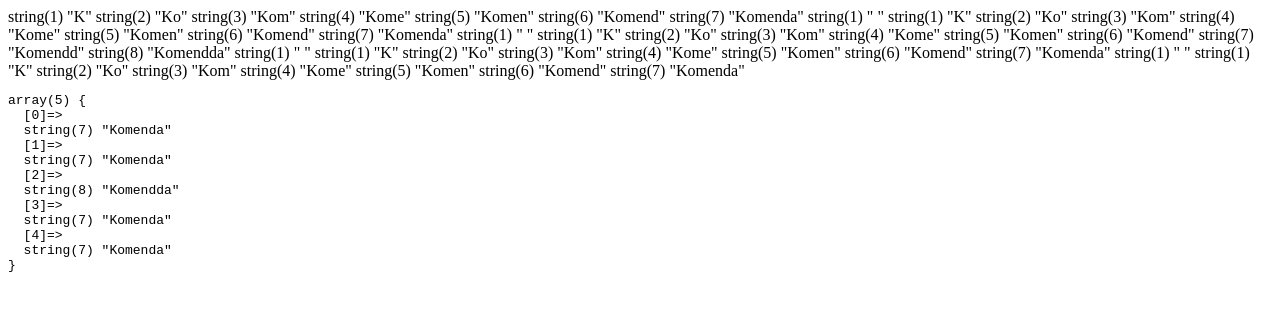
Repository: mahoone/revising_php
Page: http://localhost/Config.php
An editor plug-in stored every save of this project. The page is shown before and after the next save, followed by the edit.
The browser window is 1280 px wide. The pictures show the whole page.
The page is run by PHP 8.4 with error messages shown; the project is at /var/www/html/.

Above is the page before, as saved 2020-06-01 22:05:27.

### Config.php
<?php

$tekst = 'Komenda; Komenda; Komendda; Komenda; Komenda. To juz pomojamy.';
$tablica = array(0 => '');
$t = 0;

for($i = 0; $i < strlen($tekst); $i++)
{
   switch($tekst[$i])
   {
        case ' ':
            var_dump($tekst[$i]);
            continue 2;
        case '.':
            break 2;
        case ';':
            $t++;
            $tablica[$t] = '';
            break;
        default:
            $tablica[$t] = $tablica[$t].$tekst[$i];
            var_dump ($tablica[$t]);
   }
}

echo '<pre>';
var_dump($tablica);
echo '</pre>';

After the next save:
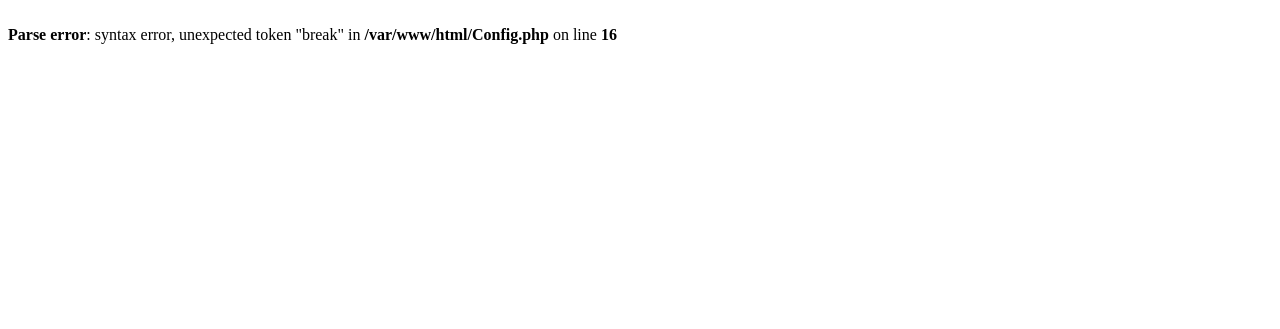
Saved 35 s later.
--- a/Config.php
+++ b/Config.php
@@ -12,10 +12,13 @@
             var_dump($tekst[$i]);
             continue 2;
         case '.':
+            var_dump($tekst[$i])
             break 2;
         case ';':
             $t++;
             $tablica[$t] = '';
+            var_dump($tekst[$i]);
+            var_dump($tablica[$t]);
             break;
         default:
             $tablica[$t] = $tablica[$t].$tekst[$i];

After the save that followed:
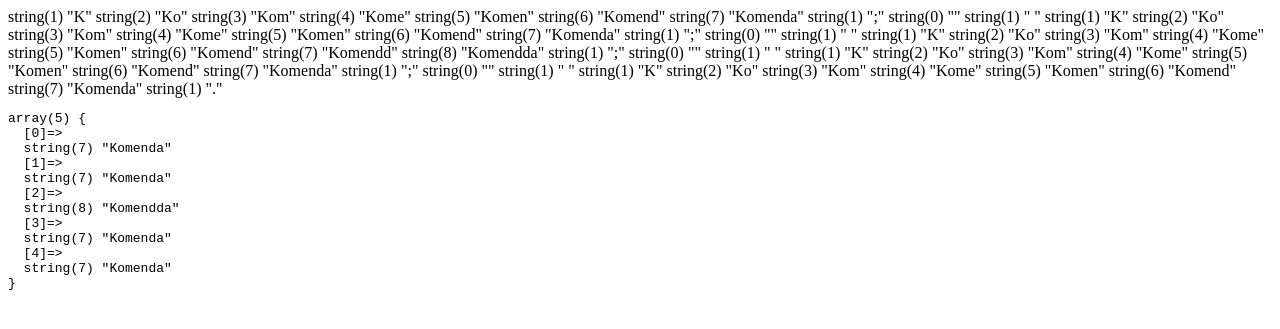
Saved 5 s later.
--- a/Config.php
+++ b/Config.php
@@ -12,7 +12,7 @@
             var_dump($tekst[$i]);
             continue 2;
         case '.':
-            var_dump($tekst[$i])
+            var_dump($tekst[$i]);
             break 2;
         case ';':
             $t++;
